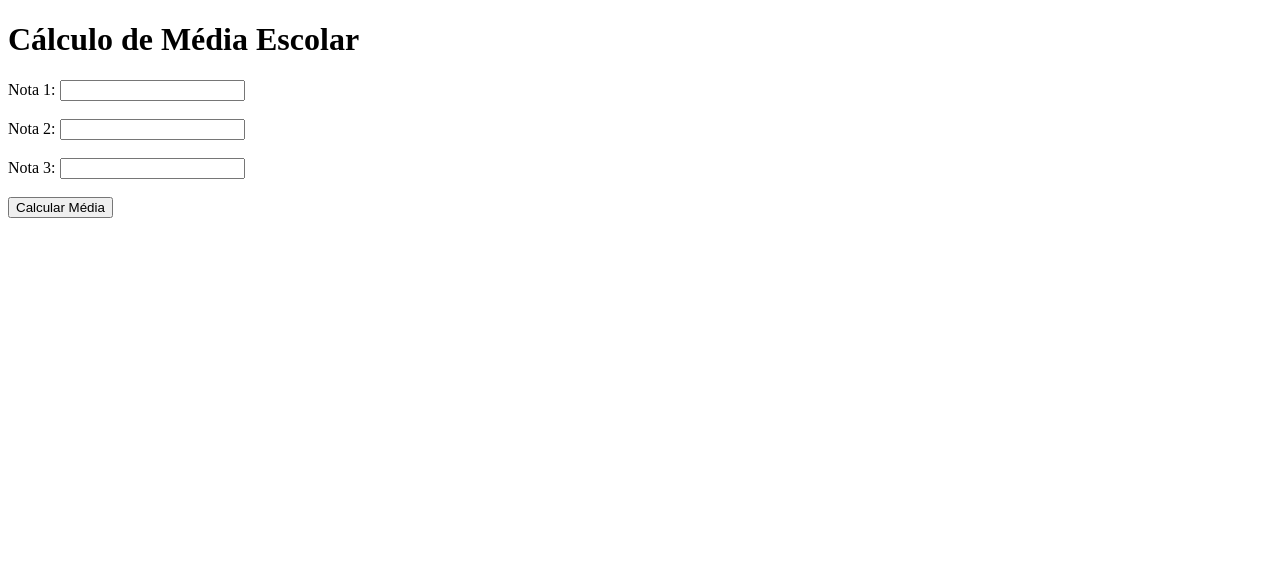
Repository: Gabrielb0rn/JavaScript-HTML.io
Page: atividade 1.html
The author's editor kept a copy of each file at every save. The page is drawn from the files as they stood at one save, then again after the next save.
The browser window is 1280 px wide. The pictures show the whole page.

Above is the page before, as saved 2024-07-04 10:43:25.
Not found: script.js

### atividade 1.html
<!DOCTYPE html>
<html lang="pt-br">
<head>
    <meta charset="UTF-8">
    <meta name="viewport" content="width=device-width, initial-scale=1.0">
    <title>Cálculo de Média Escolar</title>
</head>
<body>
    <h1>Cálculo de Média Escolar</h1>

    <label for="nota1">Nota 1:</label>
    <input type="number" id="nota1" name="nota1"><br><br>

    <label for="nota2">Nota 2:</label>
    <input type="number" id="nota2" name="nota2"><br><br>

    <label for="nota3">Nota 3:</label>
    <input type="number" id="nota3" name="nota3"><br><br>

    <button onclick="calcularMedia()">Calcular Média</button>

    <p id="resultado"></p>

    <script src="script.js"></script>
</body>
</html>

After the next save:
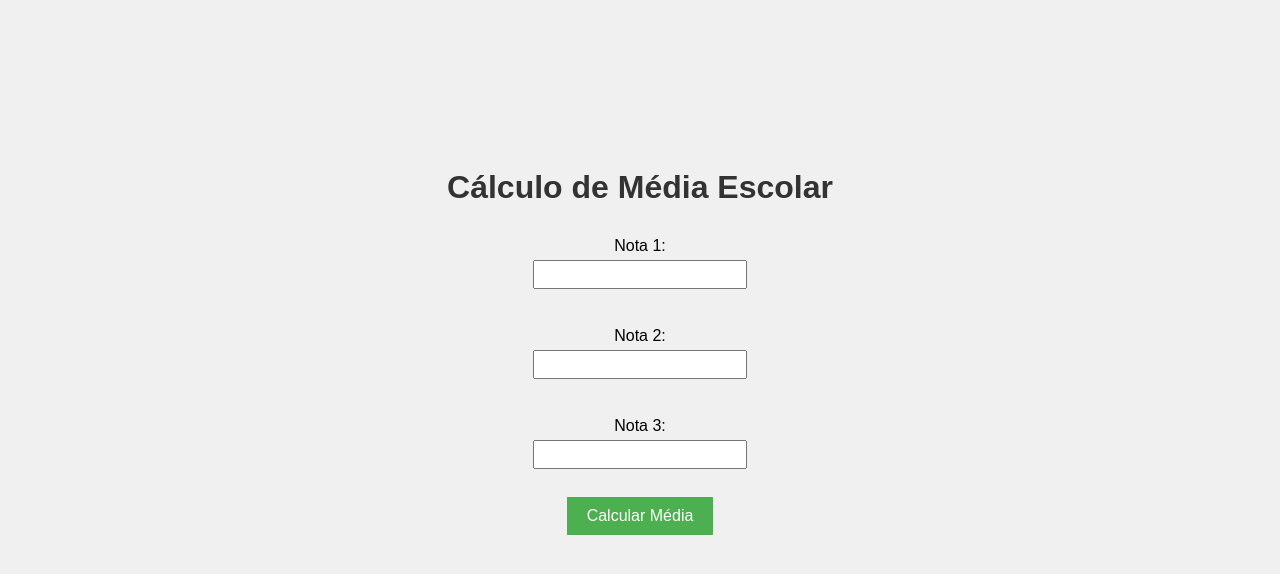
Saved 3 min 11 s later.
--- a/atividade 1.html
+++ b/atividade 1.html
@@ -4,18 +4,57 @@
     <meta charset="UTF-8">
     <meta name="viewport" content="width=device-width, initial-scale=1.0">
     <title>Cálculo de Média Escolar</title>
+    <style>
+        body {
+            font-family: Arial, sans-serif;
+            display: flex;
+            flex-direction: column;
+            align-items: center;
+            justify-content: center;
+            height: 100vh;
+            background-color: #f0f0f0;
+            margin: 0;
+        }
+        h1 {
+            color: #333;
+        }
+        label {
+            margin: 10px 0 5px;
+        }
+        input {
+            padding: 5px;
+            margin-bottom: 10px;
+            width: 200px;
+        }
+        button {
+            padding: 10px 20px;
+            background-color: #4CAF50;
+            color: white;
+            border: none;
+            cursor: pointer;
+            font-size: 16px;
+        }
+        button:hover {
+            background-color: #45a049;
+        }
+        #resultado {
+            margin-top: 20px;
+            font-size: 18px;
+            color: #333;
+        }
+    </style>
 </head>
 <body>
     <h1>Cálculo de Média Escolar</h1>
 
     <label for="nota1">Nota 1:</label>
-    <input type="number" id="nota1" name="nota1"><br><br>
+    <input type="number" id="nota1" name="nota1"><br>
 
     <label for="nota2">Nota 2:</label>
-    <input type="number" id="nota2" name="nota2"><br><br>
+    <input type="number" id="nota2" name="nota2"><br>
 
     <label for="nota3">Nota 3:</label>
-    <input type="number" id="nota3" name="nota3"><br><br>
+    <input type="number" id="nota3" name="nota3"><br>
 
     <button onclick="calcularMedia()">Calcular Média</button>
 
